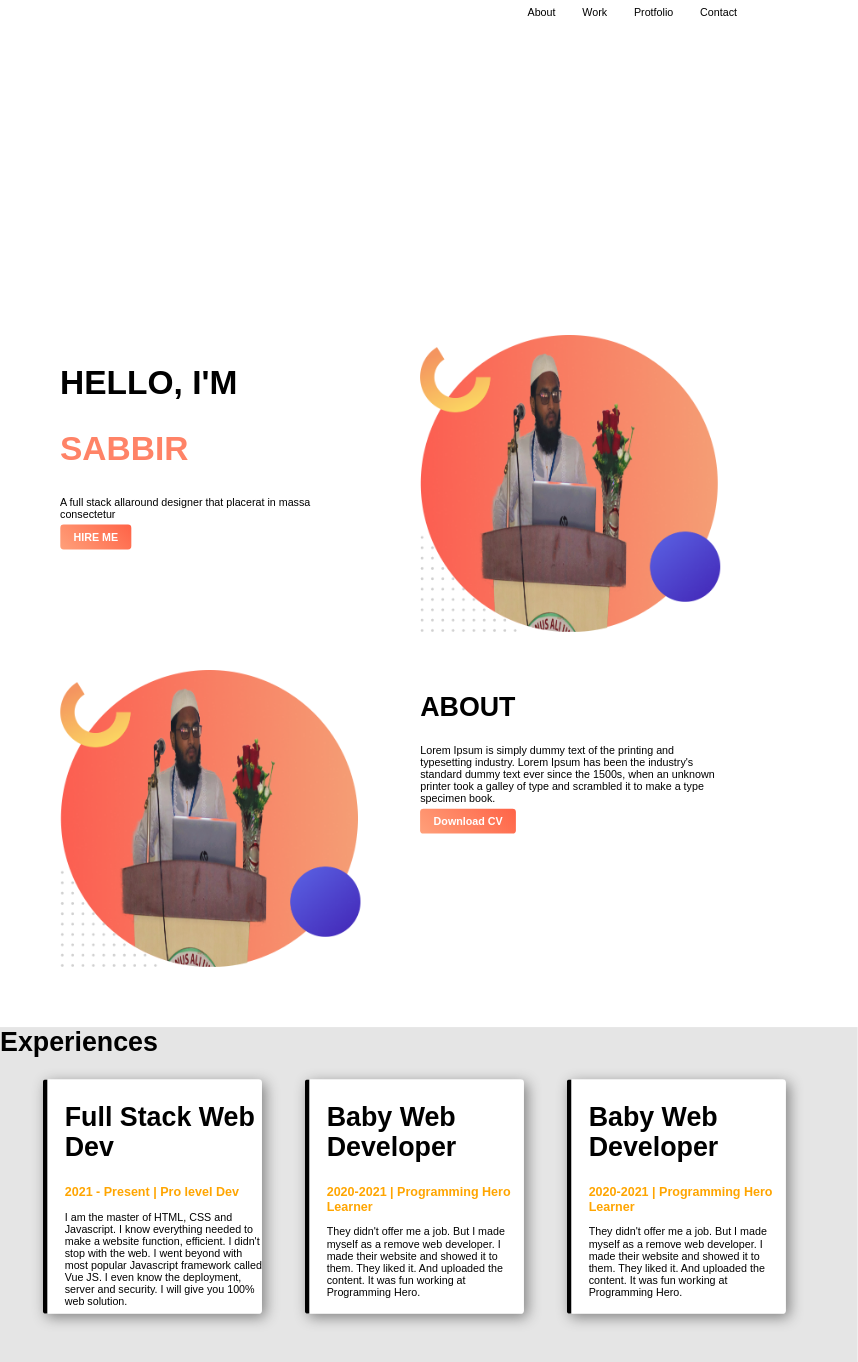
Repository: sabbircse3/personal-website
Page: index.html
These files come from the project's save history. The page is drawn as it stood at one moment and after the next save; the edit follows.
The browser window is 1280 px wide. The pictures show the whole page, at 67% of full size.

Above is the page before, as saved 2021-01-06 00:20:21.

After the next save:
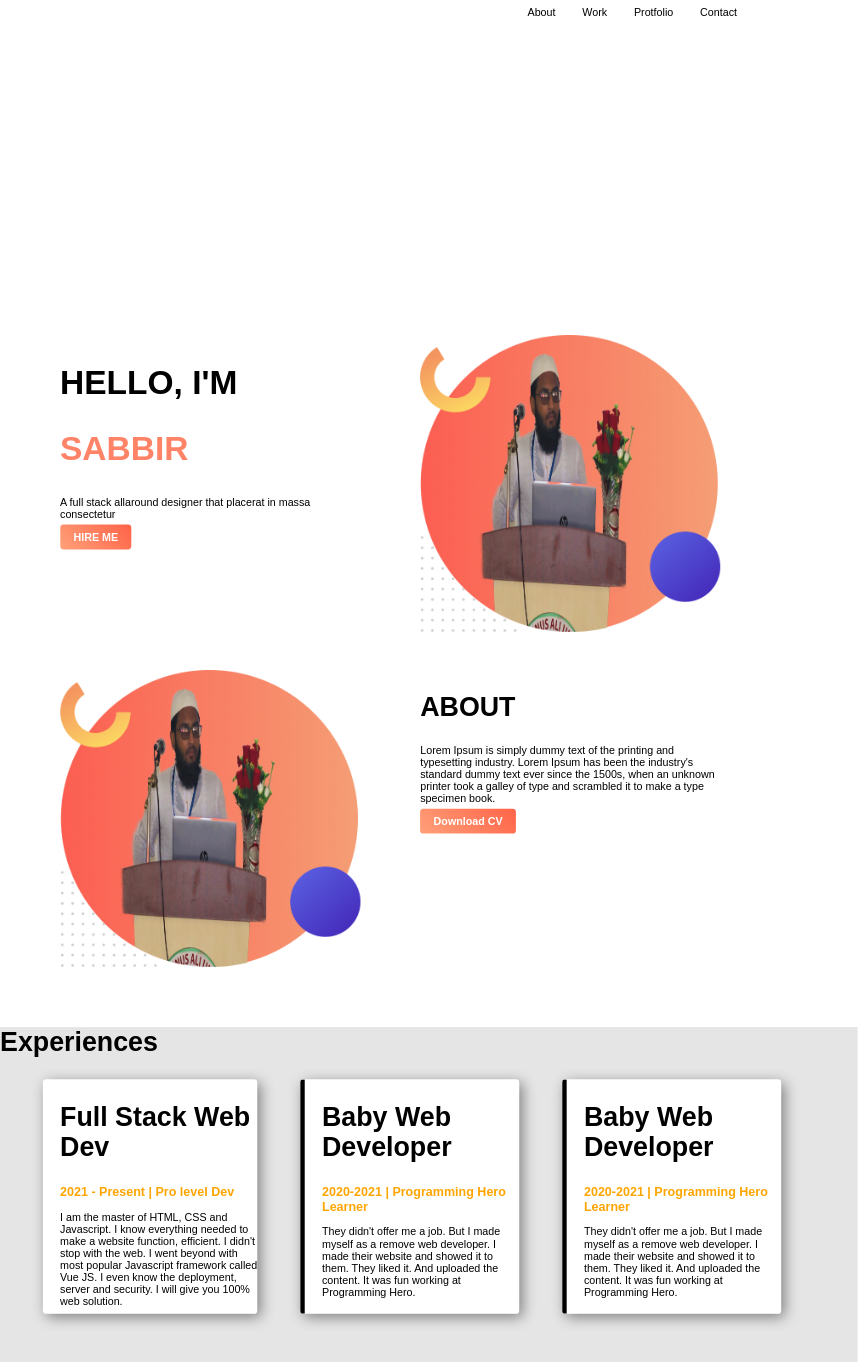
Saved 20 s later.
--- a/style.css
+++ b/style.css
@@ -62,7 +62,7 @@ section{
 	width: 23%;
 }
 #full-stack{
-    border-left: 7px solid;
+
     background-color: white;
 }
 #baby-web{
